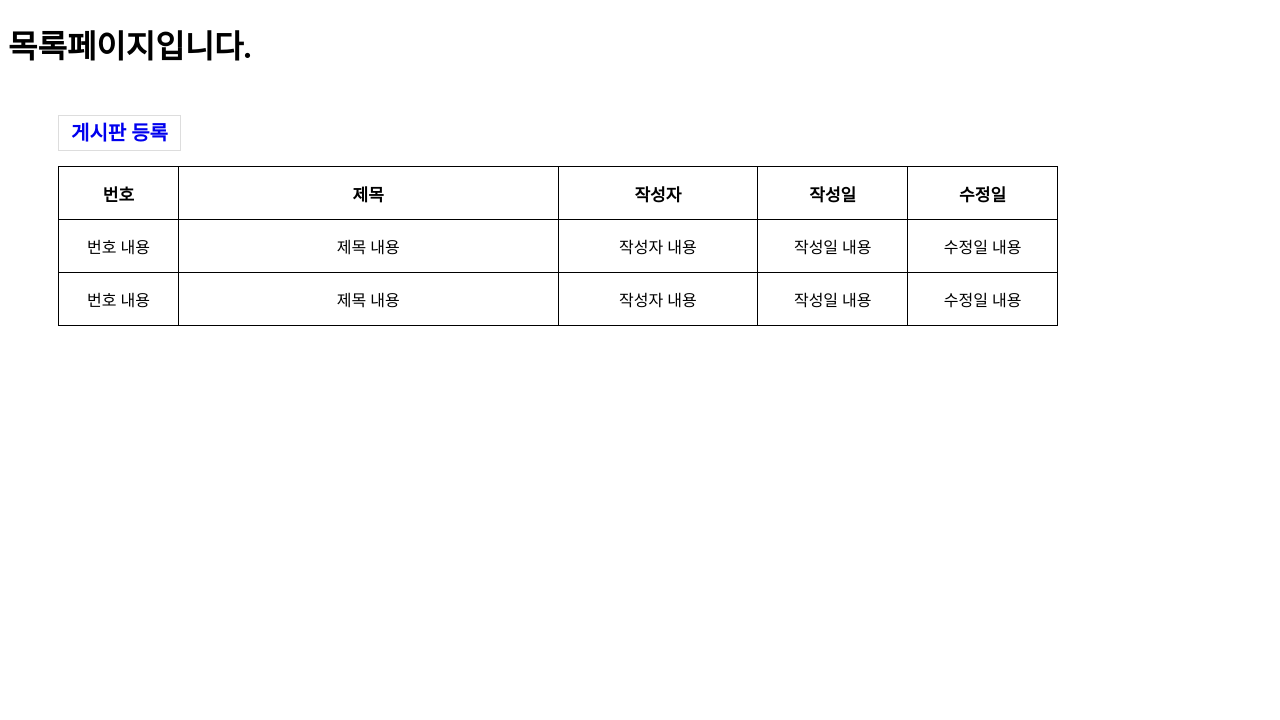
Repository: honsb91/project
Page: http://localhost/hospital/admin/notice.jsp
An editor plug-in stored every save of this project. The page is shown before and after the next save, followed by the edit.
The browser window is 1280 px wide. The pictures show the whole page.
Some web libraries are served in a nearby version. The page is served by Tomcat 9. Nobody is signed in. The application's start-up code is not run. The template is opened directly, without the code that normally fills it, so the values that code supplies are empty.

Above is the page before, as saved 2024-02-05 03:24:56.

After the next save:
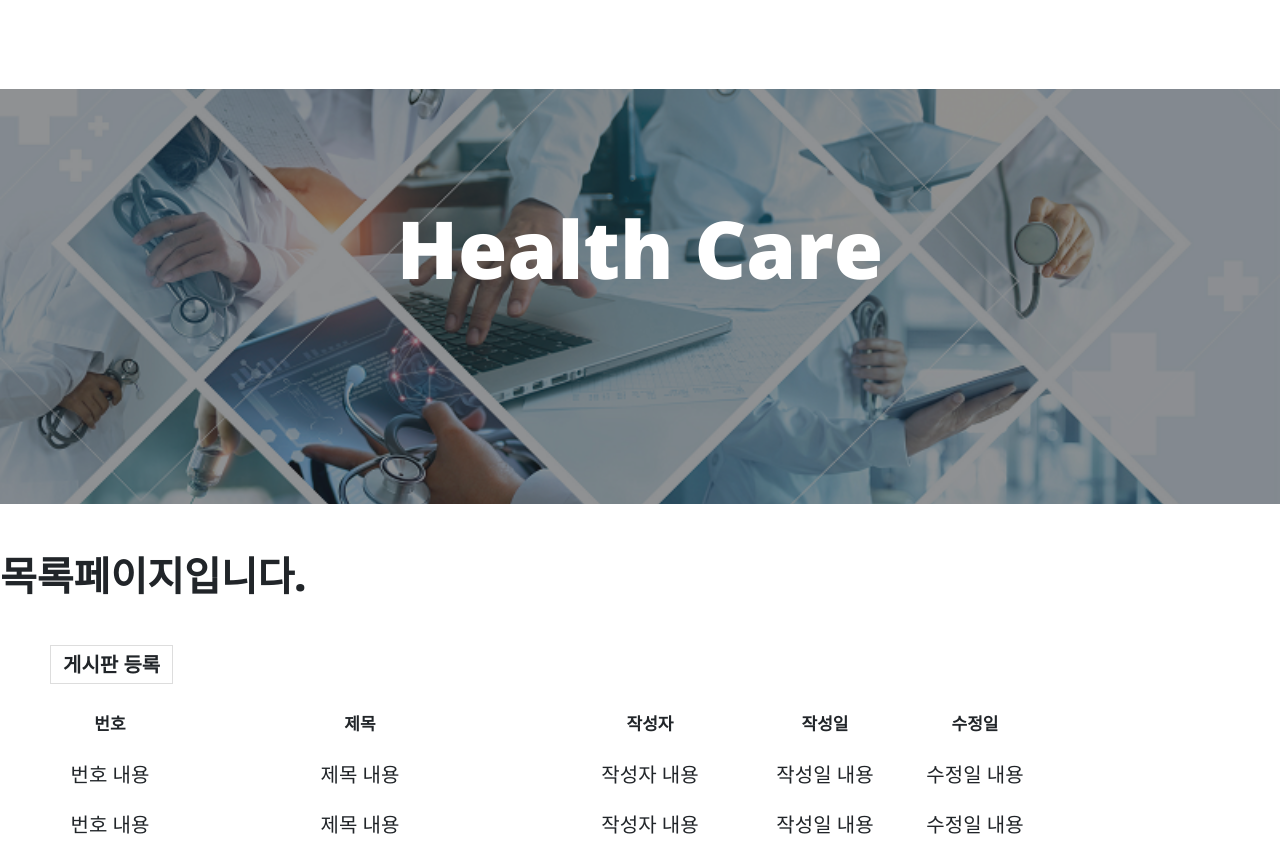
Saved 33 s later.
--- a/hospital/src/main/webapp/admin/notice.jsp
+++ b/hospital/src/main/webapp/admin/notice.jsp
@@ -54,6 +54,7 @@
   }
   </style>
 </head>
+<%@ include file="/include/header.jsp"%>
 <body>
 <h1>목록페이지입니다.</h1>
 
